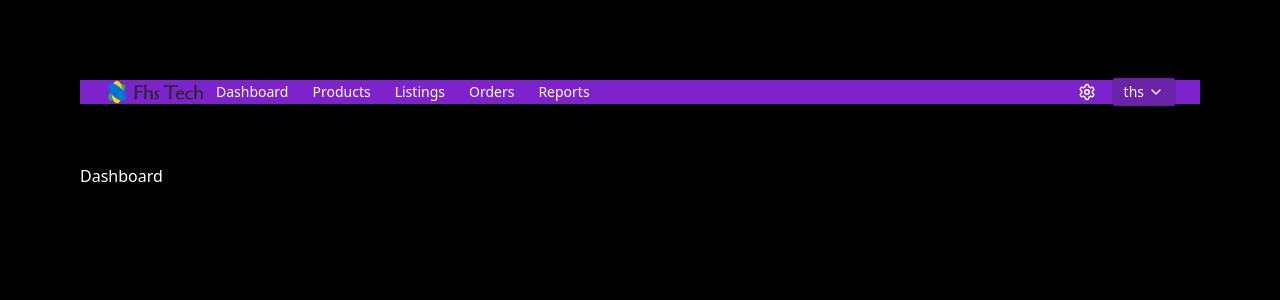
Repository: gofaiz23-dotcom/fhs_tech_frontend
Page: /
The author's editor kept a copy of each file at every save. The page is drawn from the files as they stood at one save, then again after the next save.
The browser window is 1280 px wide. The pictures show the whole page.
The project was rebuilt for these pictures with package versions that can differ from the ones it lists, and the page was loaded fresh each time. The framework's server and built-in components were replaced by stand-ins that run in the browser. Also part of the build but not shown: next.config.ts.

Above is the page before, as saved 2025-09-30 18:15:22.

### app/layout.tsx
import type { Metadata } from "next";
import { Geist, Geist_Mono } from "next/font/google";
import "./globals.css";
// import '../styles/globals.css';

const geistSans = Geist({
  variable: "--font-geist-sans",
  subsets: ["latin"],
});

const geistMono = Geist_Mono({
  variable: "--font-geist-mono",
  subsets: ["latin"],
});

export const metadata: Metadata = {
  title: "FHS TECH",
  description: "",
};

export default function RootLayout({
  children,
}: Readonly<{
  children: React.ReactNode;
}>) {
  return (
    <html lang="en">
      <body>
        <div>
          {children}
        </div>
      </body>
    </html>
  );
}

### app/page.tsx
import Image from "next/image";
import Dashboard_home from "./components/dashboard_home";
import Head from "next/head";
import Navbar from "./components/Navbar";


export default function Home() {
  return (


    <div className="font-sans grid grid-rows-[20px_1fr_20px]  min-h-screen p-8 pb-20 gap-16 sm:p-20">
      <Navbar></Navbar>
          <Dashboard_home></Dashboard_home>
    </div>

  );
}

### app/globals.css
@tailwind base;
@tailwind components;
@tailwind utilities;



body{
   padding: 0px;
  margin: 0px;
  background-color: #000;
}

### app/components/dashboard_home.tsx
import React from 'react'

const dashboard_home = () => {
    return (
        <section>
            <div>
                <h1 className='text-white'>Dashboard</h1>
            </div>
        </section>
    )
}

export default dashboard_home

### app/components/Navbar.tsx
// components/Navbar.tsx

'use client';

import {
  Settings,
  ChevronDown,
} from 'lucide-react';
import Image from 'next/image';

export default function Navbar() {
  return (
    <nav className="bg-purple-700 text-white flex items-center justify-between px-6 py-3 shadow-md">
      {/* Left: Logo and Navigation */}
      <div className="flex items-center space-x-3">
        <div className="tracking-wide">
            <a href="/">
            <Image src="/fhs-tech-logo.png" alt='brand logo' width={100} height={100} ></Image></a>
        </div>

        <ul className="hidden md:flex space-x-6 ml-10 text-sm font-medium">
          <li><a href="#" className="hover:underline">Dashboard</a></li>
          <li><a href="#" className="hover:underline">Products</a></li>
          <li><a href="#" className="hover:underline">Listings</a></li>
          <li><a href="#" className="hover:underline">Orders</a></li>
          <li><a href="#" className="hover:underline">Reports</a></li>
        </ul>
      </div>

      {/* Right: Settings Icon + User */}
      <div className="flex items-center space-x-4">
        <button className="hover:text-gray-200 transition">
          <Settings size={18} strokeWidth={2} />
        </button>

        <div className="flex items-center bg-purple-800 px-3 py-1 rounded text-sm font-medium cursor-pointer hover:bg-purple-900 transition">
          ths
          <ChevronDown size={16} className="ml-1" />
        </div>
      </div>
    </nav>
  );
}

### tailwind.config.js
/** @type {import('tailwindcss').Config} */
module.exports = {
 content: [
    './pages/**/*.{js,ts,jsx,tsx}',
    './components/**/*.{js,ts,jsx,tsx}',
    './app/**/*.{js,ts,jsx,tsx}', // if using app directory
  ],
  theme: {
    extend: {},
  },
  plugins: [],
}

After the next save:
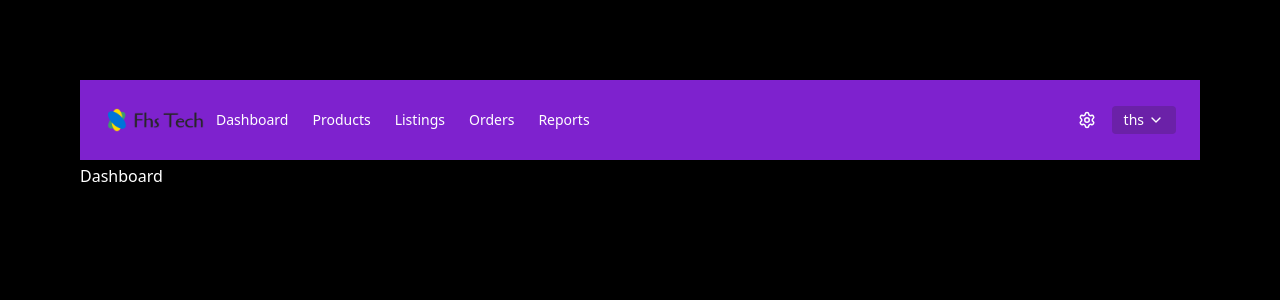
Saved 65 s later.
--- a/app/components/Navbar.tsx
+++ b/app/components/Navbar.tsx
@@ -10,7 +10,7 @@ import Image from 'next/image';
 
 export default function Navbar() {
   return (
-    <nav className="bg-purple-700 text-white flex items-center justify-between px-6 py-3 shadow-md">
+    <nav className="bg-purple-700 text-white flex items-center justify-between px-6 py-10 shadow-md">
       {/* Left: Logo and Navigation */}
       <div className="flex items-center space-x-3">
         <div className="tracking-wide">
